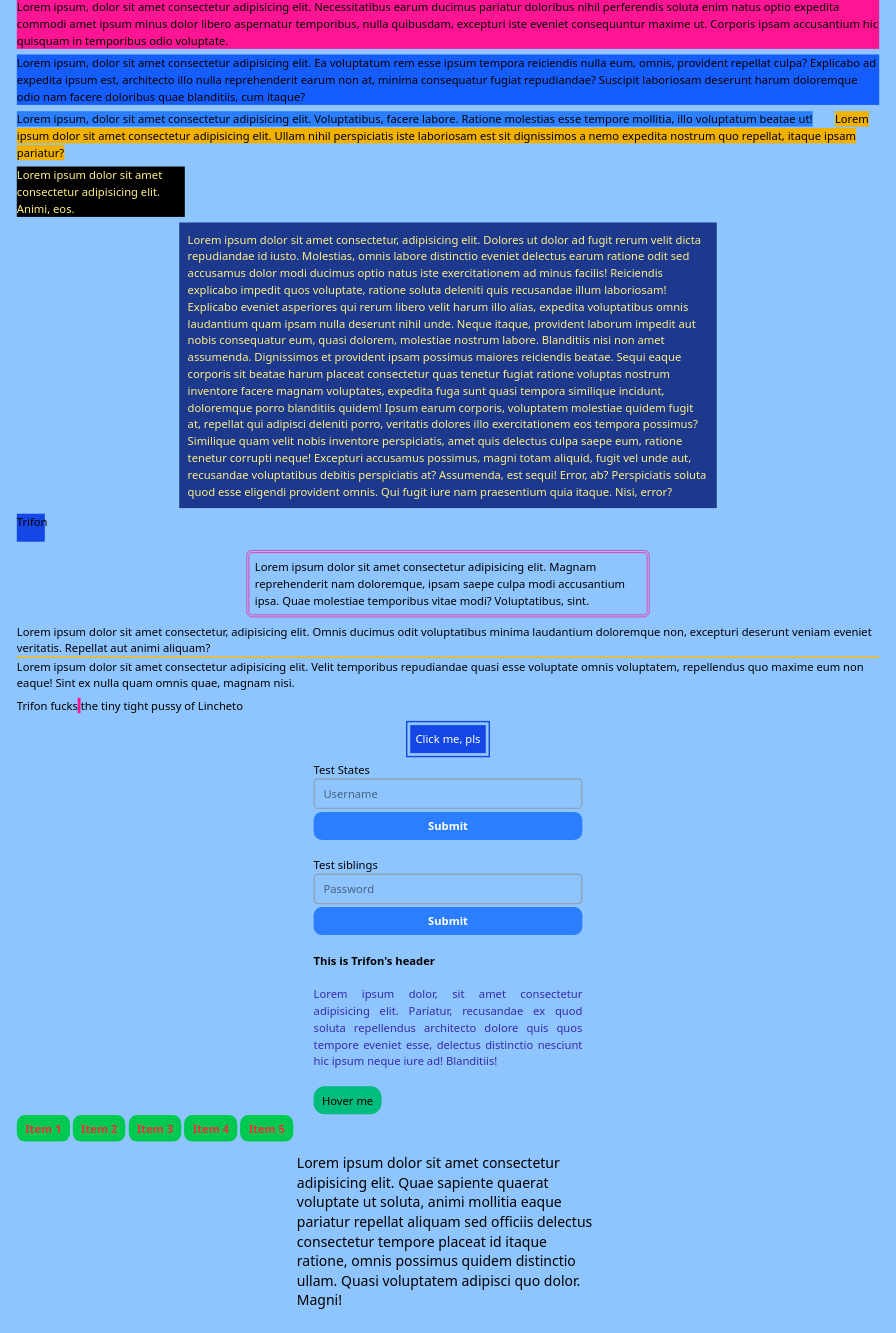
Repository: DinTri/TailwindCss
Page: index.html
The author's editor kept a copy of each file at every save. The page is drawn from the files as they stood at one save, then again after the next save.
The browser window is 1280 px wide. The pictures show the part of the page from y = 1457 to 3377 px (the page is 3361 px tall before and 3377 px after), at 70% of full size.
Some web fonts or font styles are not loaded; a fallback is used.

Above is the page before, as saved 2025-06-15 19:17:52.

After the next save:
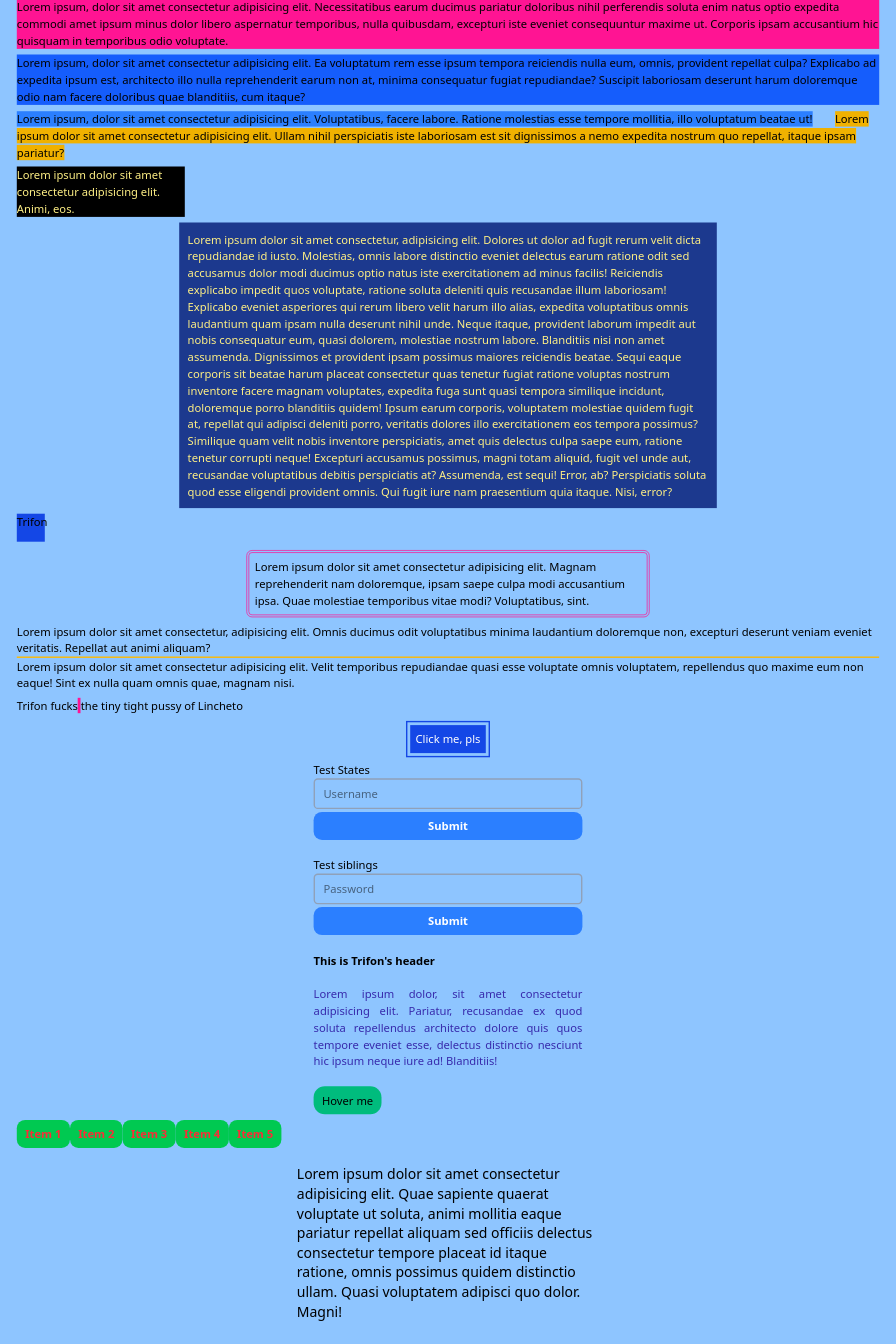
Saved 19 s later.
--- a/index.html
+++ b/index.html
@@ -131,7 +131,7 @@
   <h3 class="font-semibold group-hover/parent1:text-white">This is Trifon's header</h3>
   <p class="text-indigo-800 text-justify group-hover/parent1:text-white">Lorem ipsum dolor, sit amet consectetur adipisicing elit. Pariatur, recusandae ex quod soluta repellendus architecto dolore quis quos tempore eveniet esse, delectus distinctio nesciunt hic ipsum neque iure ad! Blanditiis!</p>
   <button disabled class="group/parent2 group-hover:text-white bg-emerald-800 rounded-2xl disabled:bg-emerald-500 disabled:cursor-not-allowed px-3 py-2">Hover me <span class="hidden group-hover/parent2:inline text-white">You will see some magic, just hover me. Yeah... but you are disabled, shame on you</span></button></div>
-  <ul class="mx-auto *:text-red-500 font-semibold *:bg-green-500 *:inline *:rounded-xl *:px-3 *:py-2" >
+  <ul class="flex mx-auto *:text-red-500 font-semibold *:bg-green-500 *:inline *:rounded-xl *:px-3 *:py-2" >
     <li class="">Item 1</li>
     <li class="">Item 2</li>
     <li class="">Item 3</li>
